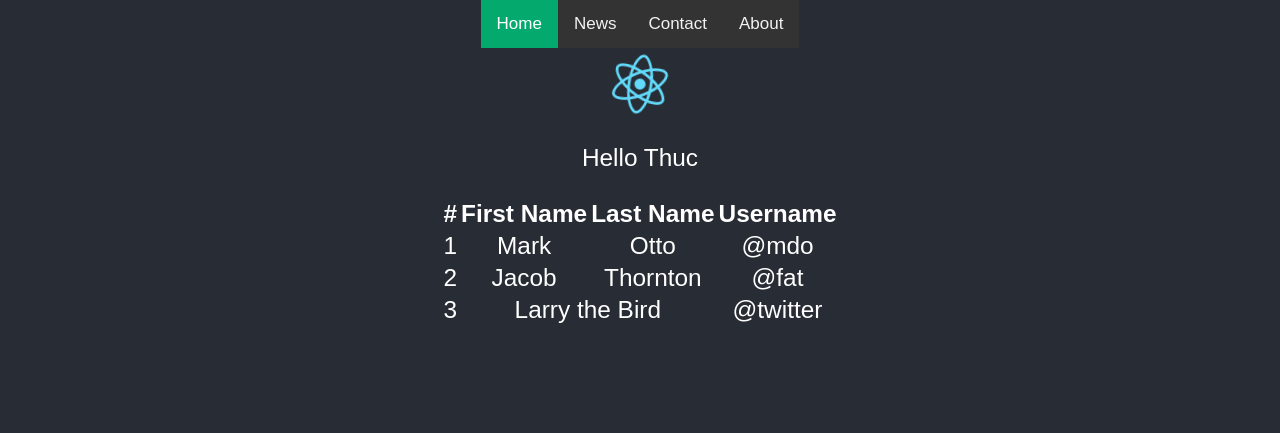
Repository: ThucSkin/React-hook-basic
Page: /
These files come from the project's save history. The page is drawn as it stood at one moment and after the next save; the edit follows.
The browser window is 1280 px wide. The pictures show the whole page.
The project was rebuilt for these pictures with package versions that can differ from the ones it lists, and the page was loaded fresh each time. Also part of the build but not shown: src/views/Todo.js.

Above is the page before, as saved 2023-06-11 03:02:14.

After the next save:
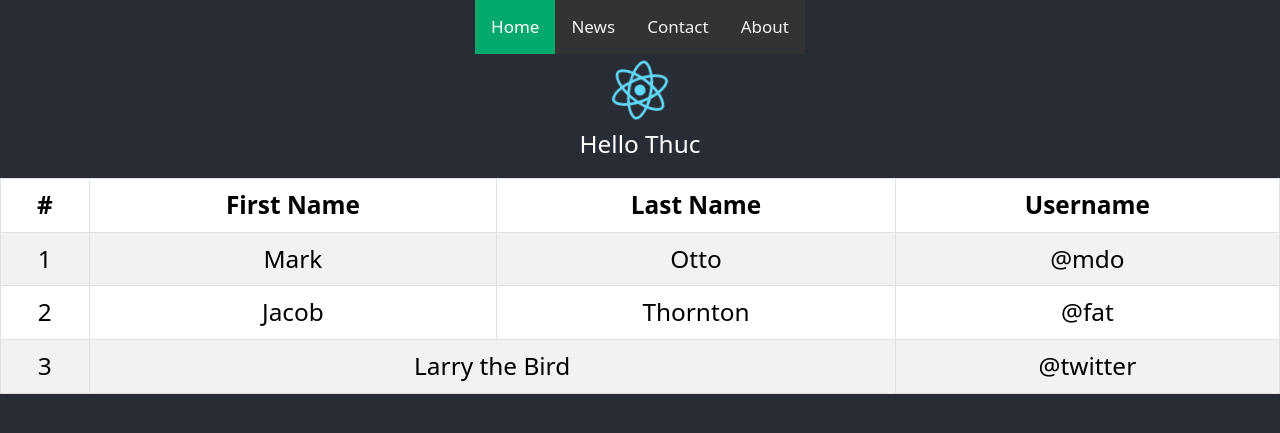
Saved 76 s later.
--- a/src/views/TableApi/TableApi.js
+++ b/src/views/TableApi/TableApi.js
@@ -1,4 +1,5 @@
 import Table from 'react-bootstrap/Table';
+import 'bootstrap/dist/css/bootstrap.min.css';
 
 function TableApi() {
     return (
